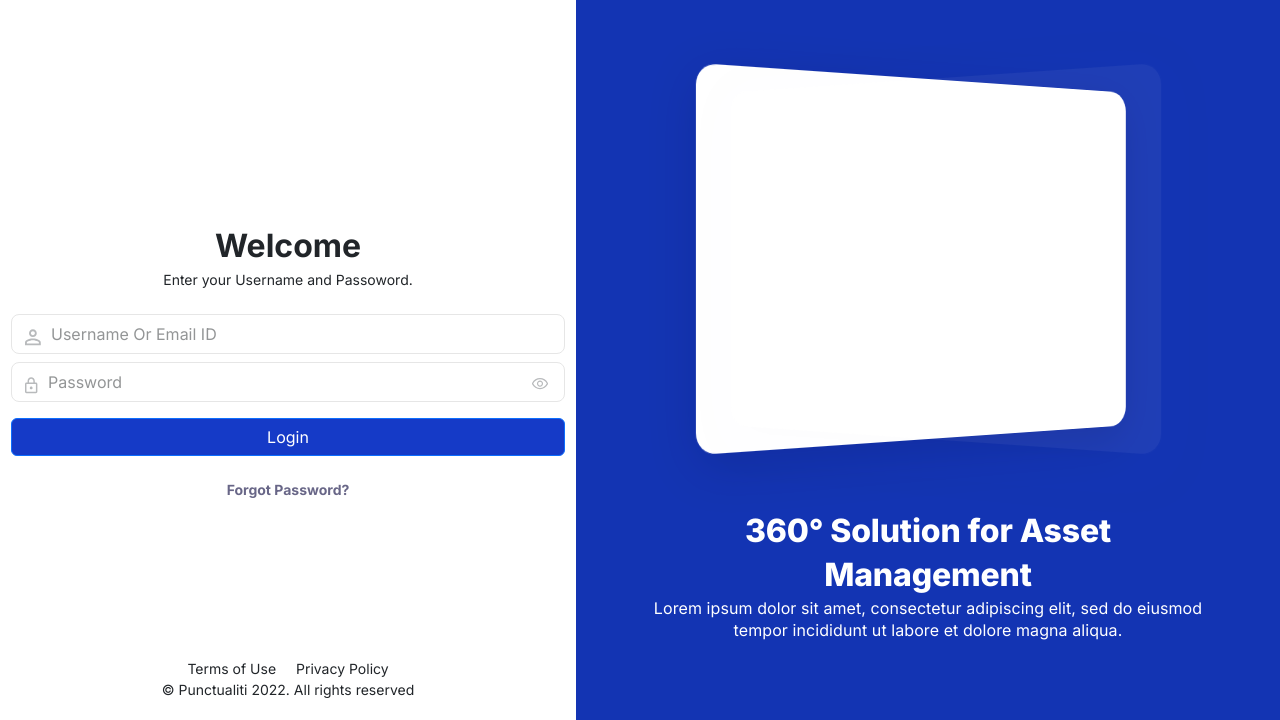
Repository: TauqeerHusain/Vouch-digital
Page: /
These files come from the project's save history. The page is drawn as it stood at one moment and after the next save; the edit follows.
The browser window is 1280 px wide. The pictures show the whole page.
The project was rebuilt for these pictures with package versions that can differ from the ones it lists, and the page was loaded fresh each time. Also part of the build but not shown: src/styles/Dashboard.css, src/Components/Dashboard/Aside.js, src/Components/Dashboard/Board.js, src/Components/Dashboard/index.js, src/styles/AddClintNav.css, src/Components/AddClint/AddClintNav.js, src/Components/CreateProfile/CrContent.js, src/Components/CreateProfile/index.js and 14 more.

Above is the page before, as saved 2023-03-15 15:27:50.

After the next save:
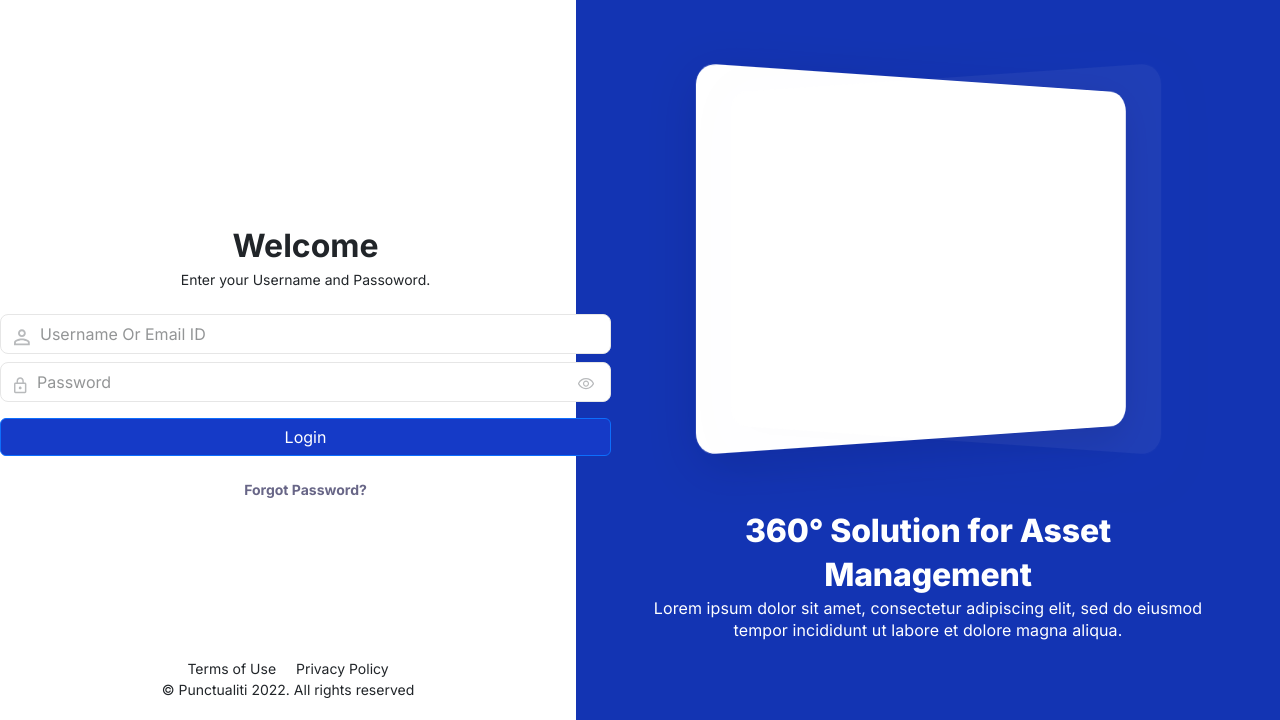
Saved 22 s later.
--- a/src/styles/LoginAct.css
+++ b/src/styles/LoginAct.css
@@ -78,7 +78,7 @@
 }
 
 .input-control {
-    width: 510px;
+    width: 567px;
 
     position: relative;
 }
